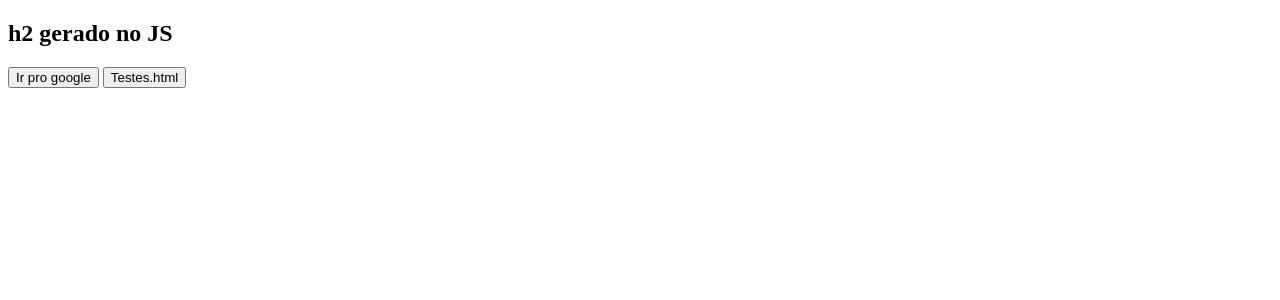
Repository: joaoaspimienta/Testes-e-estudo-de-ReactJS
Page: src/Anotações.html
The author's editor kept a copy of each file at every save. The page is drawn from the files as they stood at one save, then again after the next save.
The browser window is 1280 px wide. The pictures show the whole page.

Above is the page before, as saved 2021-12-27 18:53:36.

After the next save:
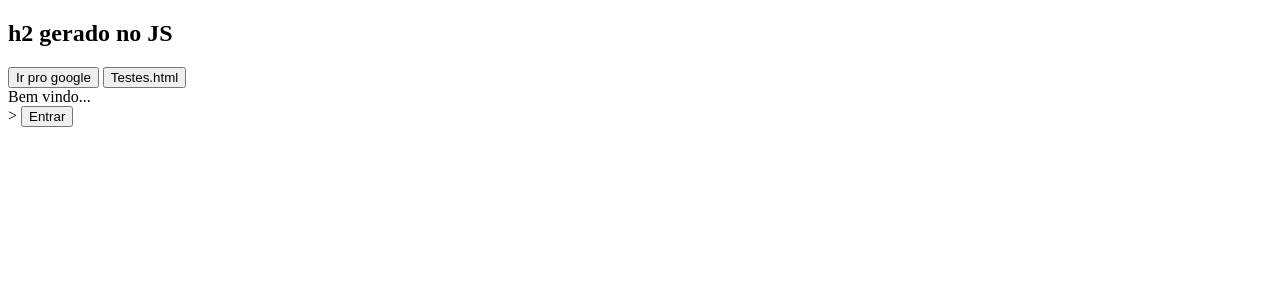
Saved 2 min 20 s later.
--- a/src/Anotações.html
+++ b/src/Anotações.html
@@ -9,6 +9,9 @@
 
     <button onClick="window.location.href='Testes.html';">Testes.html</button>
 
+    <div id="area">Bem vindo...</div>>
+
+    <button>Entrar</button>
     <!-- document.write("<h1>lol</h1>") -->
   </body>
 </html>
